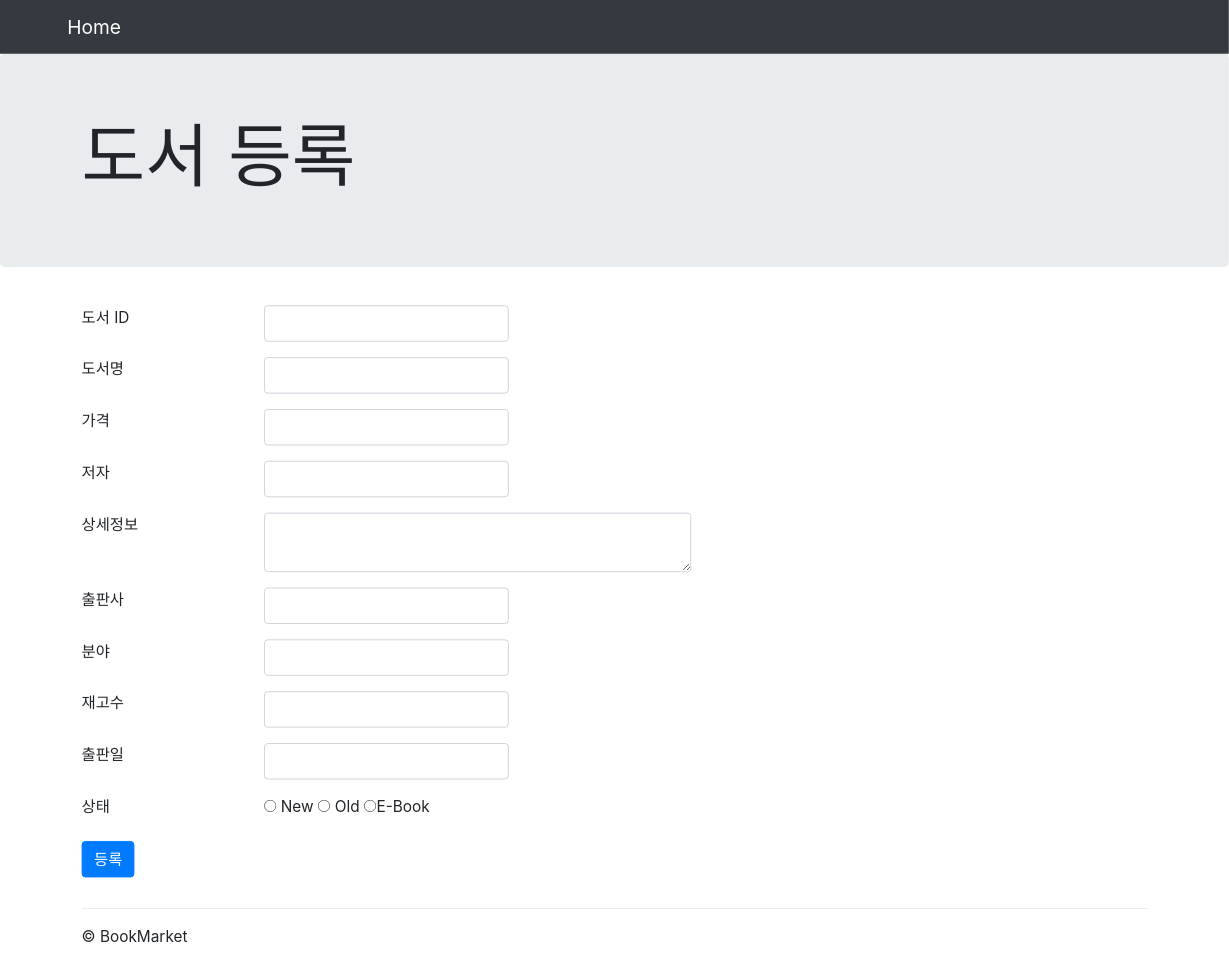
Repository: heojun0827/SpringLegacy
Page: http://localhost/book/WEB-INF/views/regBook.jsp
An editor plug-in stored every save of this project. The page is shown before and after the next save, followed by the edit.
The browser window is 1280 px wide. The pictures show the whole page, at 96% of full size.
The page is served by Tomcat 9. Nobody is signed in. Other server files are loaded and not shown. The template is opened directly, without the code that normally fills it, so the values that code supplies are empty.

Above is the page before, as saved 2023-07-12 05:36:54.

### book/src/main/webapp/WEB-INF/views/regBook.jsp
<%@ page contentType="text/html; charset=utf-8"%>
<%@ taglib prefix="c" uri="http://java.sun.com/jsp/jstl/core"%>
<%@ taglib prefix="form" uri="http://www.springframework.org/tags/form"%>

<!DOCTYPE html>
<html lang="ko">
<head>
  <meta charset="UTF-8">
  <meta name="viewport" content="width=device-width, initial-scale=1.0">

  <title>도서 등록</title>
  <link href="/resources/css/bootstrap.min.css" rel="stylesheet" />

</head>
<body>
    <nav class="navbar navbar-expand  navbar-dark bg-dark">
        <div class="container">
            <div class="navbar-header">
                <a class="navbar-brand" href="./home">Home</a>
            </div>
        </div>
    </nav>
    <div class="jumbotron">
        <div class="container">
            <h1 class="display-3">도서 등록</h1>
        </div>
    </div>

    <div class="container">

       <form:form modelAttribute = "newBook" class="form-horizontal" >
        <fieldset>
        <legend>${addTitle}</legend>
        <div class="form-group row">
            <label class="col-sm-2 control-label">도서 ID</label>
            <div class="col-sm-3">
                <form:input  path="bookId"  class="form-control"/>
            </div>
        </div>
        <div class="form-group row">
            <label class="col-sm-2 control-label" >도서명</label>
            <div class="col-sm-3">
                <form:input  path="name"  class="form-control"/>
            </div>
        </div>
        <div class="form-group row">
           <label class="col-sm-2 control-label" >가격</label>
           <div class="col-sm-3">
               <form:input  path="unitPrice" class="form-control"/>
           </div>
        </div>
        <div class="form-group row">
           <label class="col-sm-2 control-label" >저자</label>
           <div class="col-sm-3">
               <form:input  path="author" class="form-control"/>
           </div>
        </div>
        <div class="form-group row">
            <label class="col-sm-2 control-label" >상세정보</label>
            <div class="col-sm-5">
                <form:textarea  path="description" cols="50" rows="2" class="form-control"/>
            </div>
        </div>
        <div class="form-group row">
            <label class="col-sm-2 control-label" >출판사</label>
            <div class="col-sm-3">
                <form:input  path="publisher" class="form-control"/>
            </div>
        </div>
        <div class="form-group row">
            <label class="col-sm-2 control-label" >분야</label>
            <div class="col-sm-3">
                <form:input path="category" class="form-control"/>
            </div>
        </div>
        <div class="form-group row">
            <label class="col-sm-2 control-label" >재고수 </label>
            <div class="col-sm-3">
                <form:input path="unitsInStock" class="form-control"/>
            </div>
        </div>
        <div class="form-group row">
            <label class="col-sm-2 control-label" >출판일</label>
            <div class="col-sm-3">
                <form:input path="releaseDate" class="form-control"/>
            </div>
        </div>
        <div class="form-group row">
            <label class="col-sm-2 control-label" >상태</label>
            <div class="col-sm-3">
                <form:radiobutton path="condition" value="New" /> New
                <form:radiobutton path="condition" value="Old" /> Old
                <form:radiobutton path="condition" value="E-Book" />E-Book
            </div>
        </div>
        <div class="form-group row">
            <div class="col-sm-offset-2 col-sm-10" >
            <input type="submit" class="btn btn-primary" value ="등록"/>
            </div>
        </div>
        </fieldset>
        </form:form>
        <hr>
    <footer>
        <p>&copy; BookMarket</p>
    </footer>
    </div>
</body>
</html>

Loaded but not shown: book/src/main/webapp/resources/css/bootstrap.min.css (library)

After the next save:
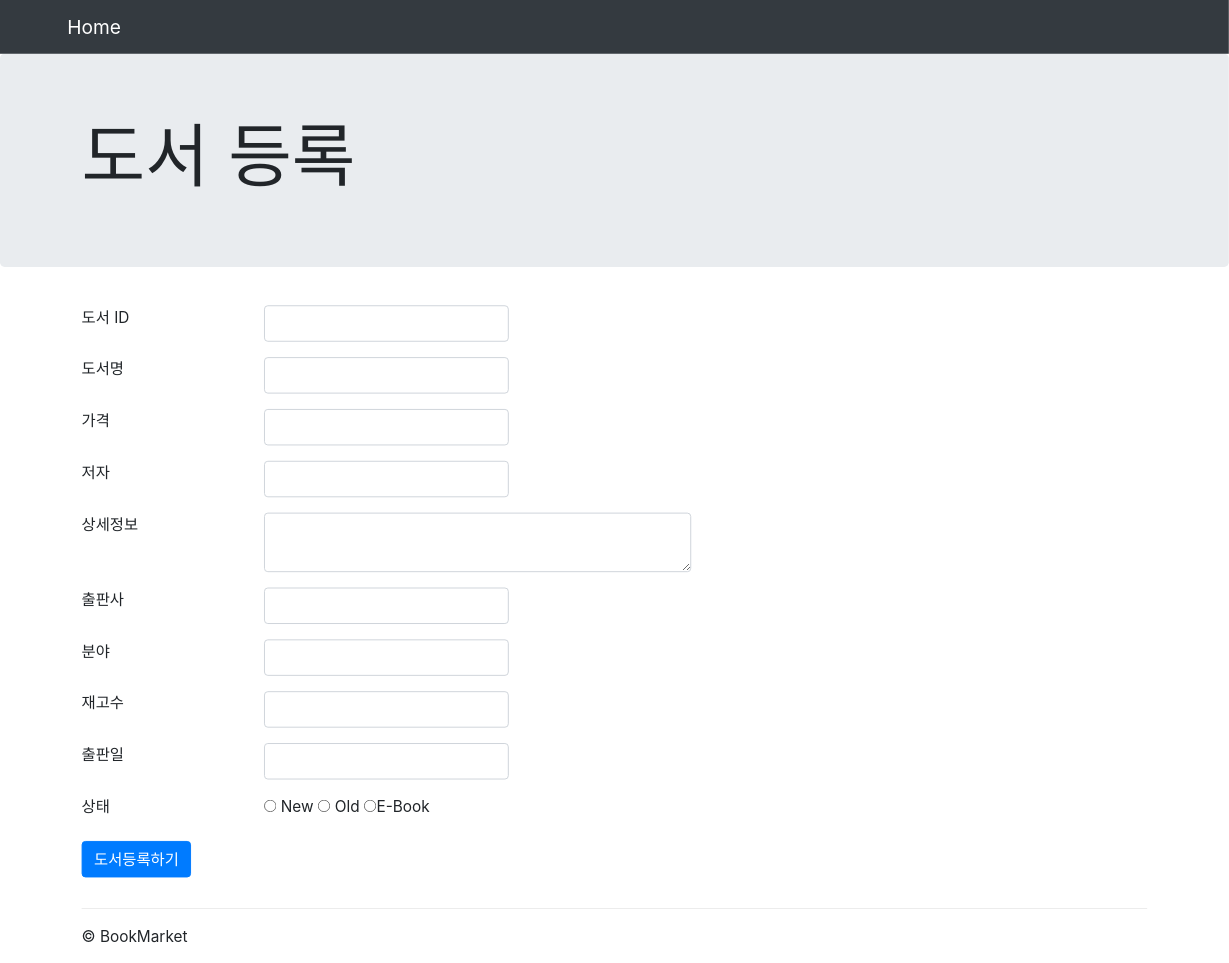
Saved 89 s later.
--- a/book/src/main/webapp/WEB-INF/views/regBook.jsp
+++ b/book/src/main/webapp/WEB-INF/views/regBook.jsp
@@ -95,7 +95,7 @@
         </div>
         <div class="form-group row">
             <div class="col-sm-offset-2 col-sm-10" >
-            <input type="submit" class="btn btn-primary" value ="등록"/>
+            <input type="submit" class="btn btn-primary" value ="도서등록하기"/>
             </div>
         </div>
         </fieldset>
